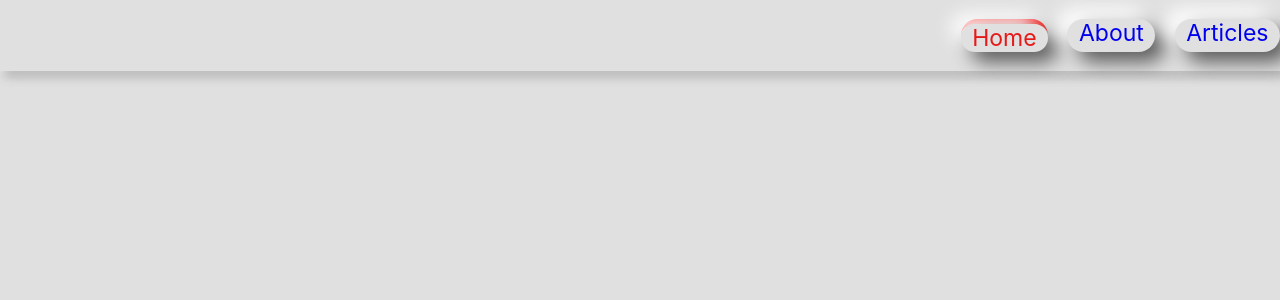
Repository: ShindanoSingi/react-software-architecture-course
Page: /
The author's editor kept a copy of each file at every save. The page is drawn from the files as they stood at one save, then again after the next save.
The browser window is 1280 px wide. The pictures show the whole page.
The project was rebuilt for these pictures with package versions that can differ from the ones it lists, and the page was loaded fresh each time. Also part of the build but not shown: src/pages/About.js, src/pages/Articles.js.

Above is the page before, as saved 2022-12-25 20:53:53.

### src/index.css
body {
  margin: 0;
  font-family: -apple-system, BlinkMacSystemFont, 'Segoe UI', 'Roboto', 'Oxygen',
    'Ubuntu', 'Cantarell', 'Fira Sans', 'Droid Sans', 'Helvetica Neue',
    sans-serif;
  -webkit-font-smoothing: antialiased;
  -moz-osx-font-smoothing: grayscale;

  background: #e0e0e0;
  box-shadow: 5px 5px 10px #bebebe,
      -5px -5px 10px #ffffff;
}

code {
  font-family: source-code-pro, Menlo, Monaco, Consolas, 'Courier New',
    monospace;
}

### src/App.js
import './App.css';
import { Routes, Route, NavLink } from 'react-router-dom';
import Home from './pages/Home';
import About from './pages/About';
import Articles from './pages/Articles';


function App() {

  return (
    <>
      <nav className='nav-bar'>
      <ul className='list-container'>
        <NavLink to='/' className={({isActive}) => isActive ? "is-active" : null}>
          <li className='home'>Home</li>
        </NavLink>

        <NavLink to='/about' className={({isActive}) => isActive ? "is-active" : null}>
          <li className='about'>About</li>
        </NavLink>

        <NavLink to='/articles' className={({isActive}) => isActive ? "is-active" : null}>
          <li className='articles'>Articles</li>
        </NavLink>
      </ul>
    </nav>
      <Routes>
        <Route path='/' element={<Home />}/>
        <Route path='about' element={<About />}/>
        <Route path='articles' element={<Articles />}/>
      </Routes>
    </>
  );
}

export default App;

### src/App.css
h1 {
    text-align: center;
    margin: 0rem;
    padding: 0.5em;
}

.is-active {
    color: rgb(230, 25, 25);
    border-top: 5px solid red;
    border-radius: 205px;
}

.home,
.about,
.articles {
    border-radius: 205px;
    background: #e0e0e0;
    box-shadow: 10px 10px 19px #5a5a5a,
        -10px -10px 19px #ffffff;
    padding: 0 0.5em;
}

.list-container,
a {
    font-size: 1.2em;
    list-style: none;
    text-decoration: none;
    display: flex;
    justify-content: flex-end;
    gap: 1em;
}

.nav-bar {
    position: fixed;
    width: 100%;
    top: 0;
    background: #e0e0e0;
    box-shadow: 5px 5px 10px #bebebe,
        -5px -5px 10px #ffffff;
}

.container {
    max-width: 80em;
    background-color: beige;
    margin: 0 auto;
    height: 100vh;
    padding-top: 5em;
}

Loaded but not shown: public/index.html (common file); src/index.js (common file); src/reportWebVitals.js (common file); src/pages/Home.js (common file)

After the next save:
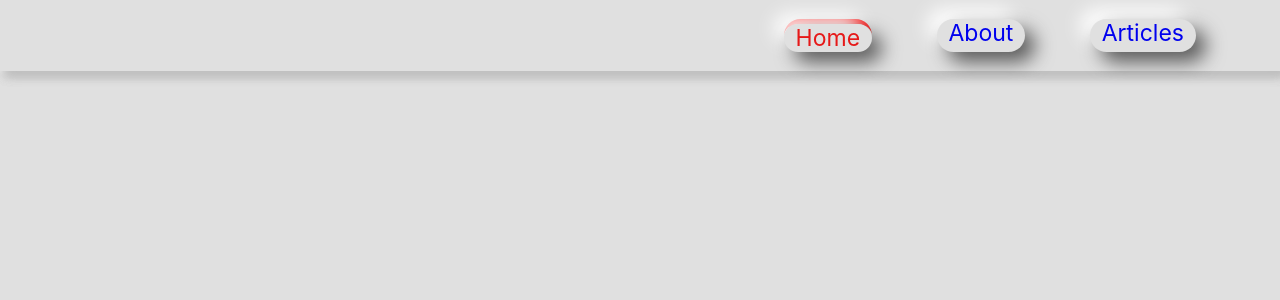
Saved 54 s later.
--- a/src/App.css
+++ b/src/App.css
@@ -28,6 +28,7 @@ a {
     display: flex;
     justify-content: flex-end;
     gap: 1em;
+    margin-right: 2em;
 }
 
 .nav-bar {
